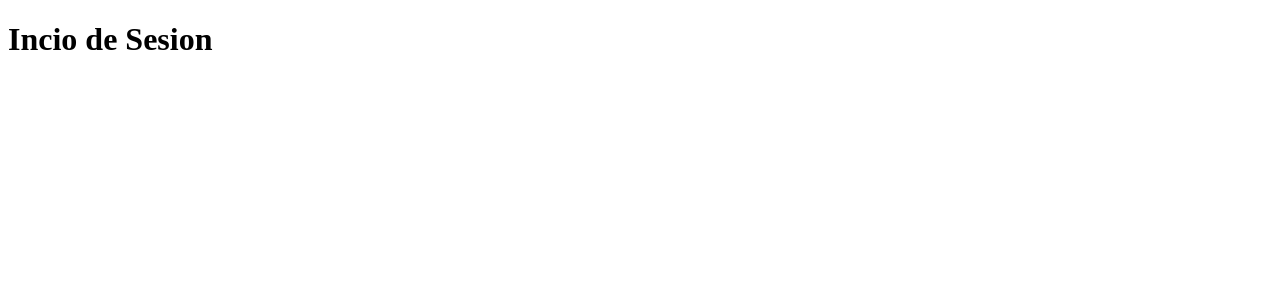
Repository: elcharlybeto/Java-WEB-API-55961
Page: http://localhost/Sesiones/formulario.jsp
The author's editor kept a copy of each file at every save. The page is drawn from the files as they stood at one save, then again after the next save.
The browser window is 1280 px wide. The pictures show the whole page.
The page is served by Tomcat 9. Other server files are loaded and not shown.

Above is the page before, as saved 2022-01-20 23:09:57.

### Sesiones/src/main/webapp/formulario.jsp
<%@ page language="java" contentType="text/html; charset=ISO-8859-1"
    pageEncoding="ISO-8859-1"%>
<!DOCTYPE html>
<html>
<head>
<meta charset="ISO-8859-1">
<title>Formulario</title>
</head>
<body>
<h1>Incio de Sesion</h1>

<form>
<div>
<label></label>
</div>


</form>

</body>
</html>

After the next save:
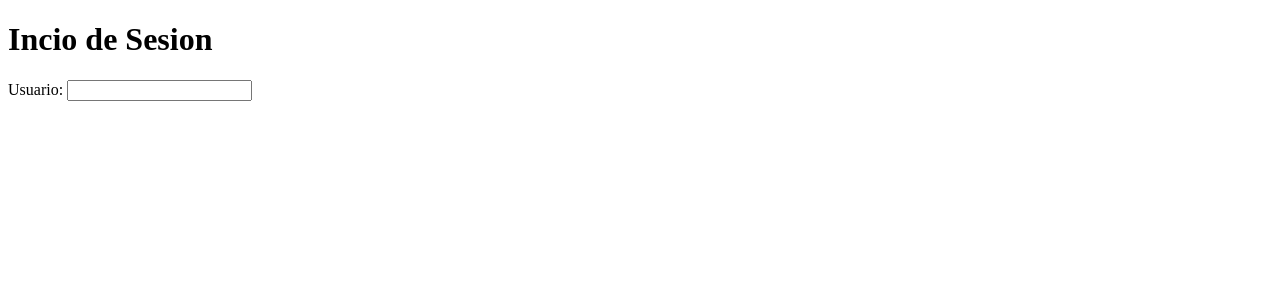
Saved 46 s later.
--- a/Sesiones/src/main/webapp/formulario.jsp
+++ b/Sesiones/src/main/webapp/formulario.jsp
@@ -11,7 +11,8 @@
 
 <form>
 <div>
-<label></label>
+<label>Usuario:</label>
+<input type="email" />
 </div>
 
 
